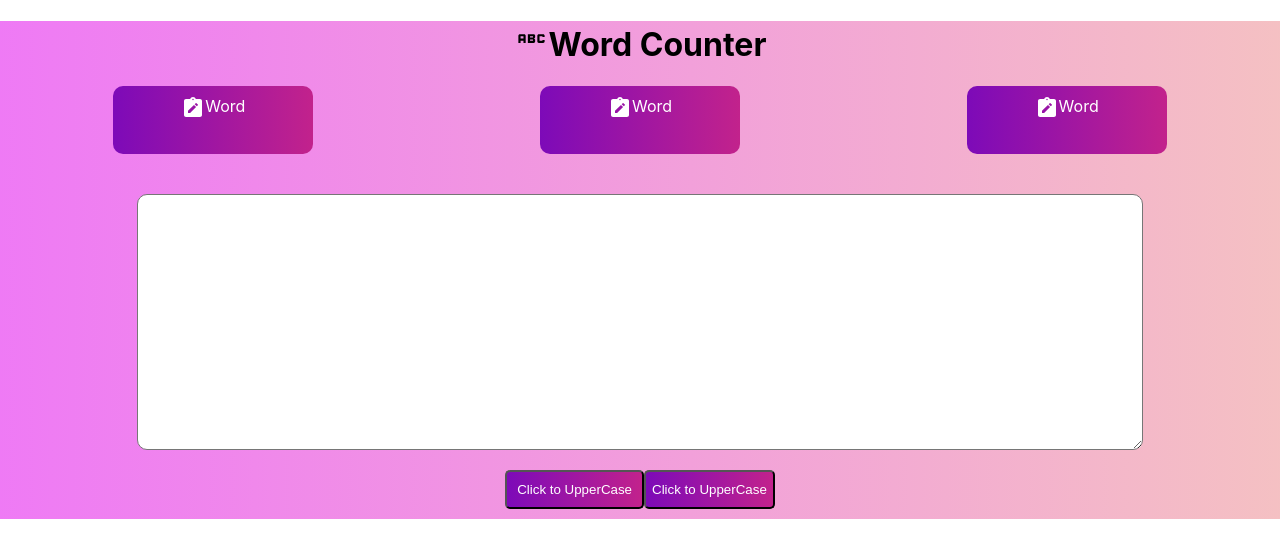
Repository: 123cuongcao/nopbai-basic
Page: /
An editor plug-in stored every save of this project. The page is shown before and after the next save, followed by the edit.
The browser window is 1280 px wide. The pictures show the whole page.
The project was rebuilt for these pictures with package versions that can differ from the ones it lists, and the page was loaded fresh each time.

Above is the page before, as saved 2023-08-15 11:49:20.

After the next save:
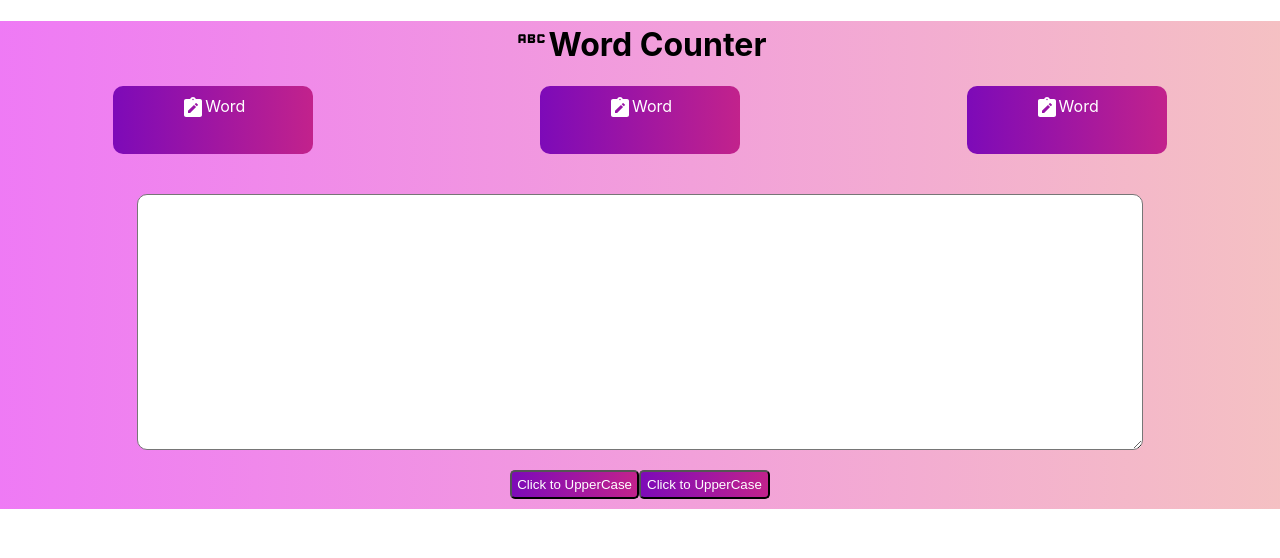
Saved 6 s later.
--- a/src/components/index.jsx
+++ b/src/components/index.jsx
@@ -23,7 +23,7 @@ export default function Index() {
       </div>
 
       <div style={{display:'flex',justifyContent:'center',padding:'20px 0px 10px 0px'}}>
-            <button style={{background:'linear-gradient(to right,#7D0AB8,#C2228C',color:'#fff',borderRadius:'5px' ,padding:'10px'}} >Click to UpperCase</button>
+            <button style={{background:'linear-gradient(to right,#7D0AB8,#C2228C',color:'#fff',borderRadius:'5px' ,padding:'5px'}} >Click to UpperCase</button>
             <button style={{background:'linear-gradient(to right,#7D0AB8,#C2228C',color:'#fff',borderRadius:'5px'}} >Click to UpperCase</button>
 
       </div>
